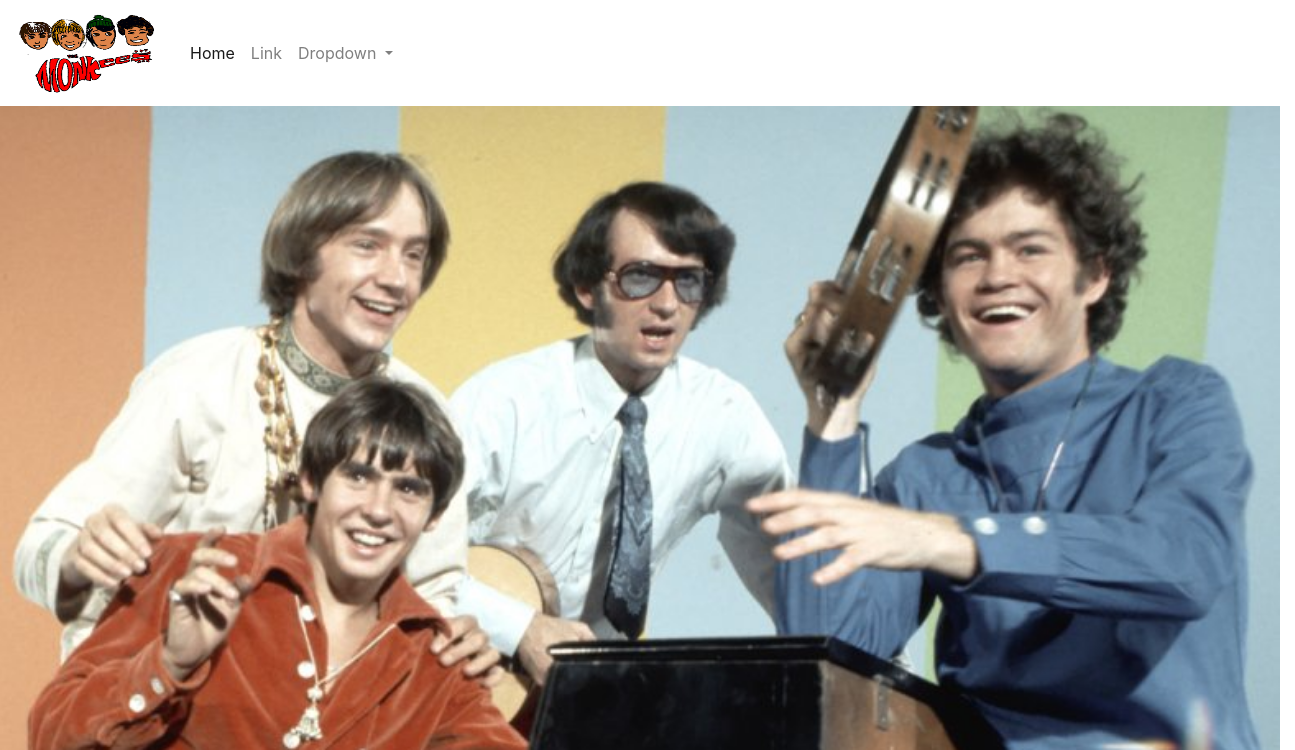
Repository: stu1612/Milestone-Project-Stu-Bolderson
Page: mock-header/mh.html
The author's editor kept a record of every edit. The page is drawn from the files as they stood at one moment, then again after the next edit.
The browser window is 1280 px wide. The page is 1295 px wide, then 1280 px, so the pictures cover 1295 px, including what lies to the right of the window. The pictures show the whole page.
Some web libraries are served in a nearby version.

Above is the page before.

After the next edit:
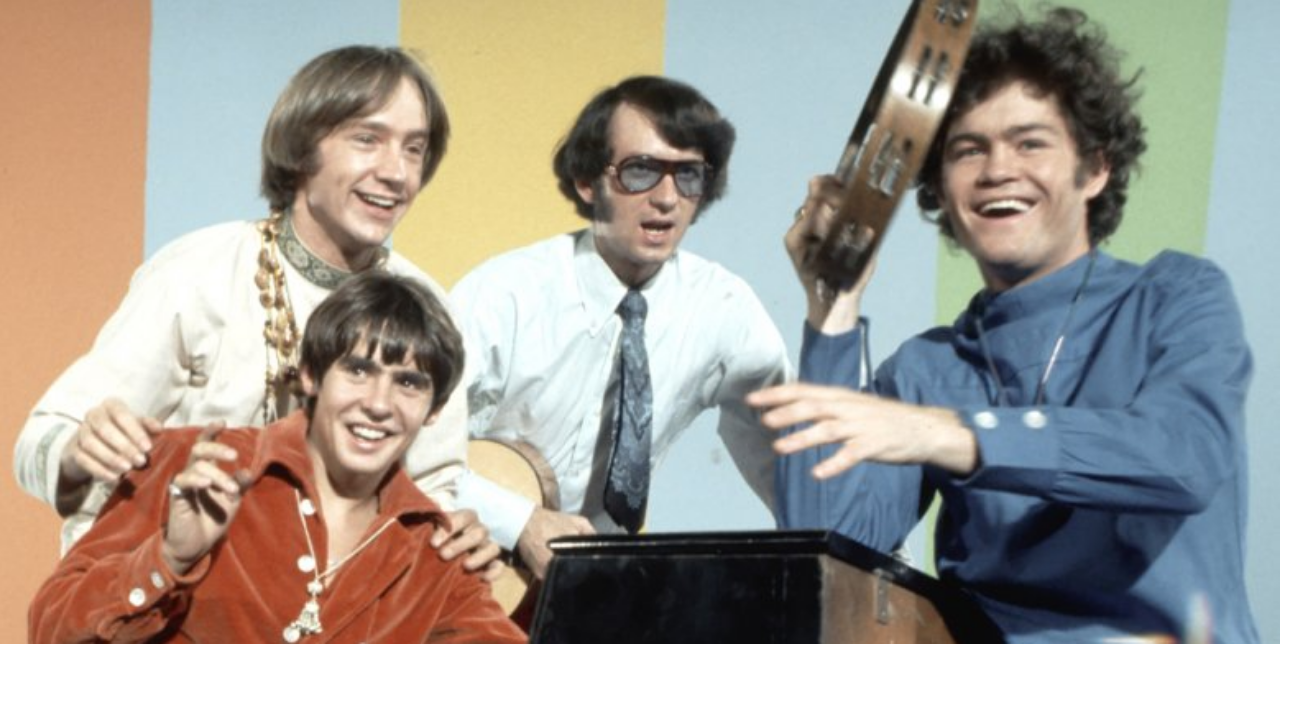
The edit:
--- a/mock-header/mh.html
+++ b/mock-header/mh.html
@@ -14,7 +14,7 @@
 
 <body>
     <div class="row">
-        <div class="col-sm-12">
+        <div class="col-12 d-sm-none">
 
         <nav class="navbar navbar-expand-lg navbar-light">
             <a class="navbar-brand" href="#">
